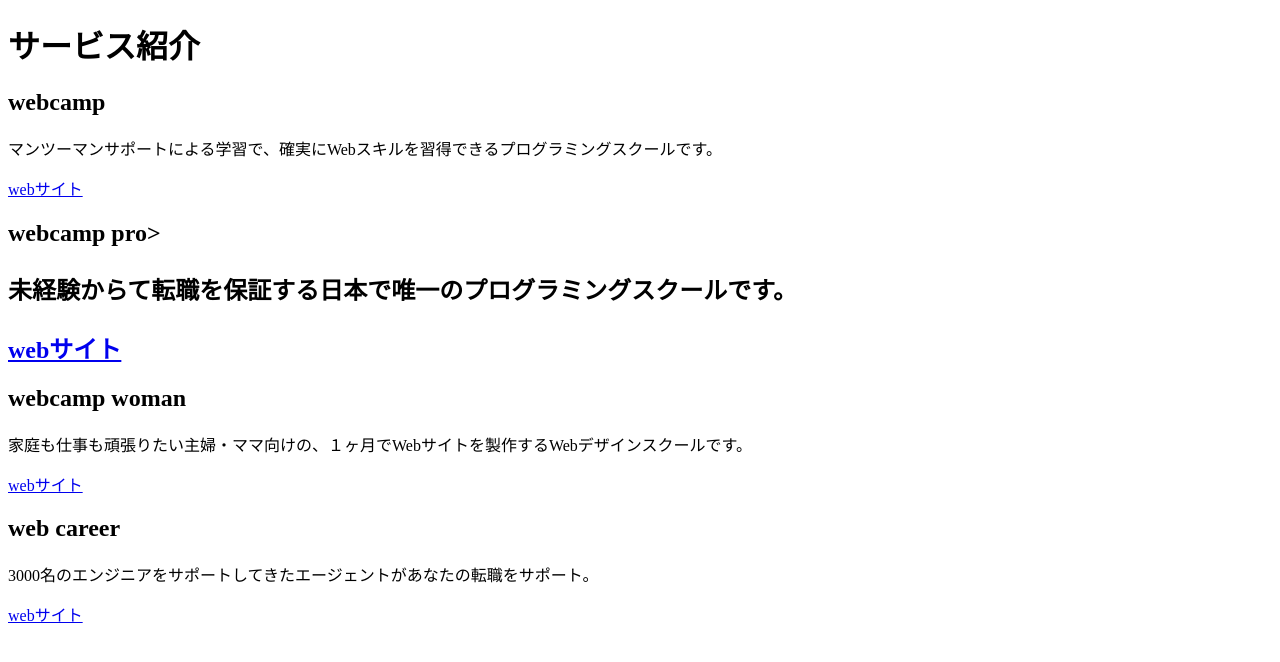
Repository: TKCitoh/html-5-
Page: sample/sample.html
The author's editor kept a record of every edit. The page is drawn from the files as they stood at one moment, then again after the next edit.
The browser window is 1280 px wide. The pictures show the whole page.

Above is the page before.

After the next edit:
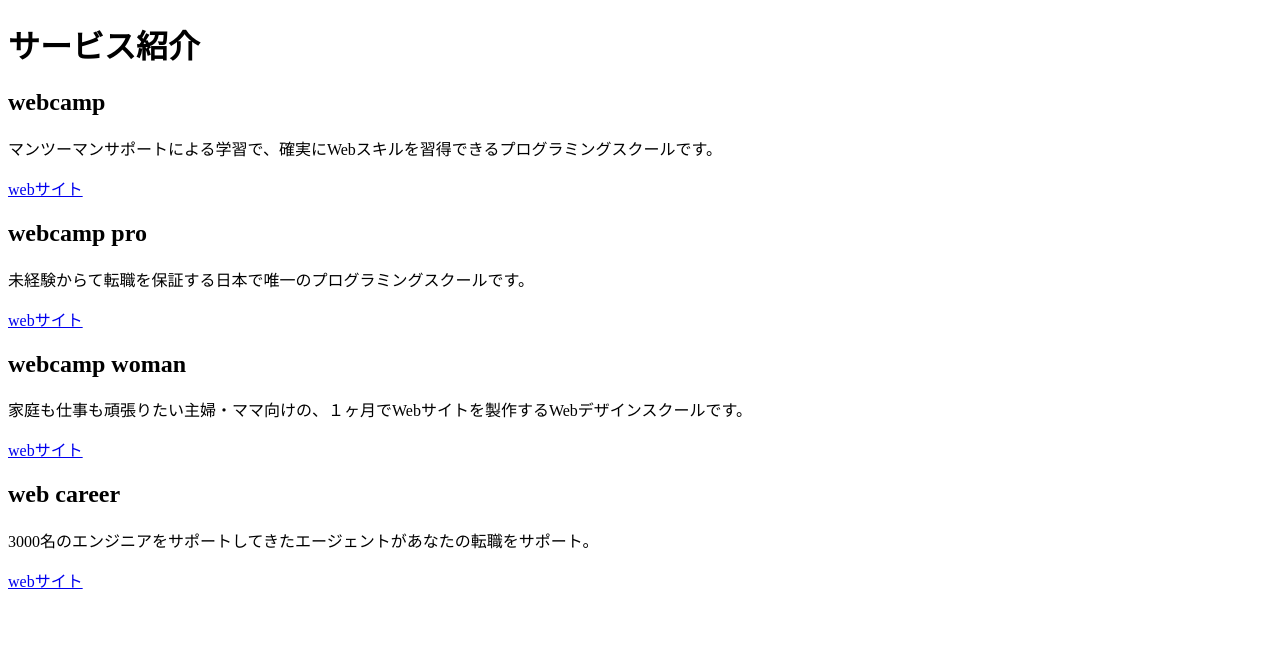
The edit:
--- a/sample/sample.html
+++ b/sample/sample.html
@@ -10,7 +10,7 @@
     <h2>webcamp</h2>
     <p>マンツーマンサポートによる学習で、確実にWebスキルを習得できるプログラミングスクールです。</p>
     <a href="https://web-camp.io/?utm_source=cpc-google&utm_medium=commit-unspecified-brand&utm_term=dmm%20web_e&gclid=EAIaIQobChMIkJqt77ag-AIVM8FMAh23HgM4EAAYASAAEgJRmvD_BwE#argument=lndrcWsV&ai=a607e9f6574c29">webサイト</a>
-    <h2>webcamp pro</</h2>>
+    <h2>webcamp pro</h2>
     <p>未経験からて転職を保証する日本で唯一のプログラミングスクールです。</p>
     <a href="https://web-camp.io/?utm_source=cpc-google&utm_medium=commit-unspecified-brand&utm_term=dmm%20web_e&gclid=EAIaIQobChMIkJqt77ag-AIVM8FMAh23HgM4EAAYASAAEgJRmvD_BwE#">webサイト</a>
     <h2>webcamp woman</h2>
